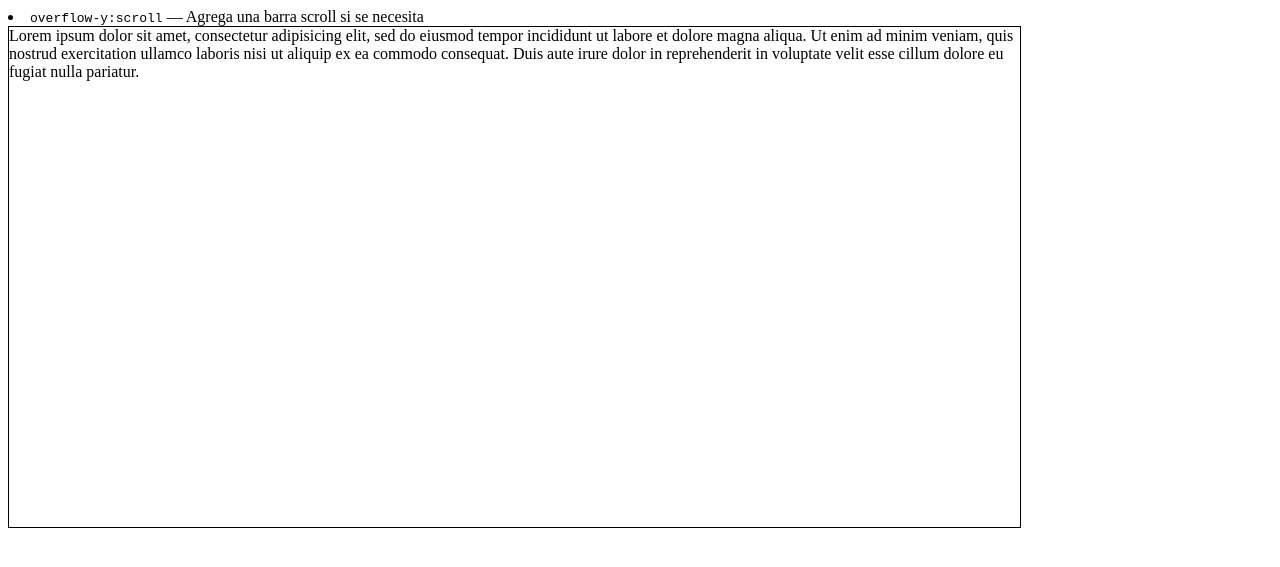
Repository: Franzcod/DepoStock_Web
Page: index.html
These files come from the project's save history. The page is drawn as it stood at one moment and after the next save; the edit follows.
The browser window is 1280 px wide. The pictures show the whole page.

Above is the page before, as saved 2020-06-07 01:51:16.
Console error: ReferenceError: ur is not defined

### index.html
<!DOCTYPE html>
<html lang="en">
<head>
    <meta charset="UTF-8">
    <meta name="viewport" content="width=device-width, initial-scale=1.0">
    <title>Deposito Probusol</title>

    <link rel="stylesheet" href="estilo/estilo.css">
</head>
<body>

    <li><code>overflow-y:scroll</code> — Agrega una barra scroll si se necesita
        <div id="div2">
            Lorem ipsum dolor sit amet, consectetur adipisicing elit, sed do eiusmod tempor incididunt ut labore et dolore magna aliqua. Ut enim ad minim veniam, quis nostrud exercitation ullamco laboris nisi ut aliquip ex ea commodo consequat. Duis aute irure dolor in reprehenderit in voluptate velit esse cillum dolore eu fugiat nulla pariatur.
        </div>
    </li>







    <script>ur</script>

</body>







</html>

### estilo/estilo.css
#div2 {
    border: 1px solid black;
    width:  80%;
    height: 500px;
}

#div2 { overflow-y: scroll; margin-bottom: 12px;}

After the next save:
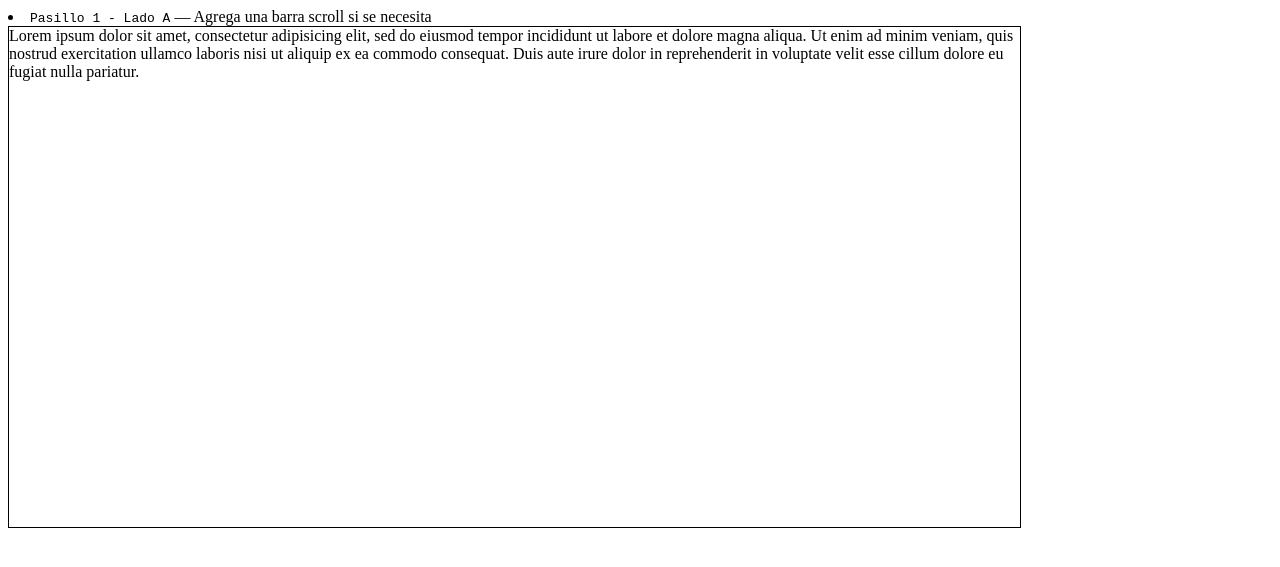
Saved 38 s later.
--- a/index.html
+++ b/index.html
@@ -9,7 +9,7 @@
 </head>
 <body>
 
-    <li><code>overflow-y:scroll</code> — Agrega una barra scroll si se necesita
+    <li><code>Pasillo 1 - Lado A</code> — Agrega una barra scroll si se necesita
         <div id="div2">
             Lorem ipsum dolor sit amet, consectetur adipisicing elit, sed do eiusmod tempor incididunt ut labore et dolore magna aliqua. Ut enim ad minim veniam, quis nostrud exercitation ullamco laboris nisi ut aliquip ex ea commodo consequat. Duis aute irure dolor in reprehenderit in voluptate velit esse cillum dolore eu fugiat nulla pariatur.
         </div>
